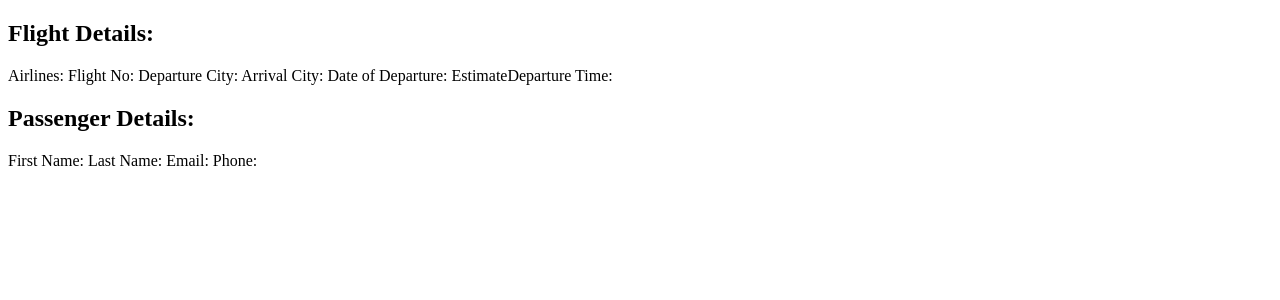
Repository: tanaya13693/EndToEndSpringJpa
Page: http://localhost/flightcheckin/WEB-INF/jsps/displayReservationDetails.jsp
The author's editor kept a copy of each file at every save. The page is drawn from the files as they stood at one save, then again after the next save.
The browser window is 1280 px wide. The pictures show the whole page.
The page is served by Tomcat 9. Nobody is signed in. The template is opened directly, without the code that normally fills it, so the values that code supplies are empty.

Above is the page before, as saved 2018-09-03 19:17:59.

After the next save:
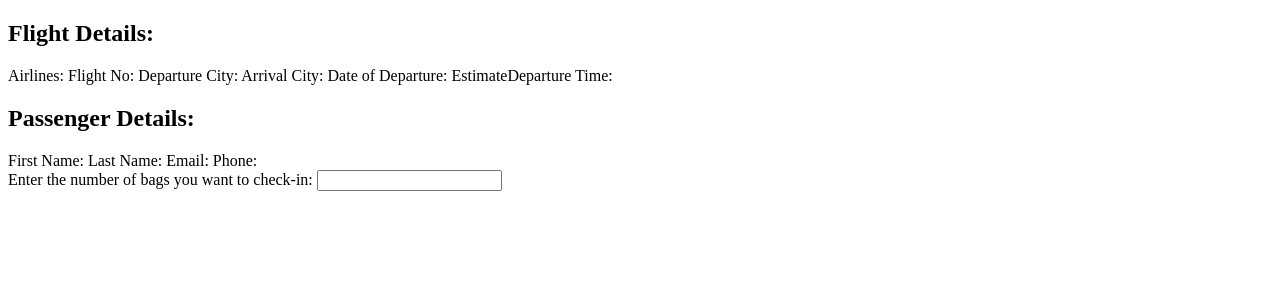
Saved 41 s later.
--- a/flightcheckin/src/main/webapp/WEB-INF/jsps/displayReservationDetails.jsp
+++ b/flightcheckin/src/main/webapp/WEB-INF/jsps/displayReservationDetails.jsp
@@ -23,6 +23,7 @@
 	Phone: ${reservation.passenger.phone}
 
 	<form action="completeCheckIn" method="post">
+	Enter the number of bags you want to check-in: <input type="text" name="numberOfBags">
 	</form>
 
 </body>
